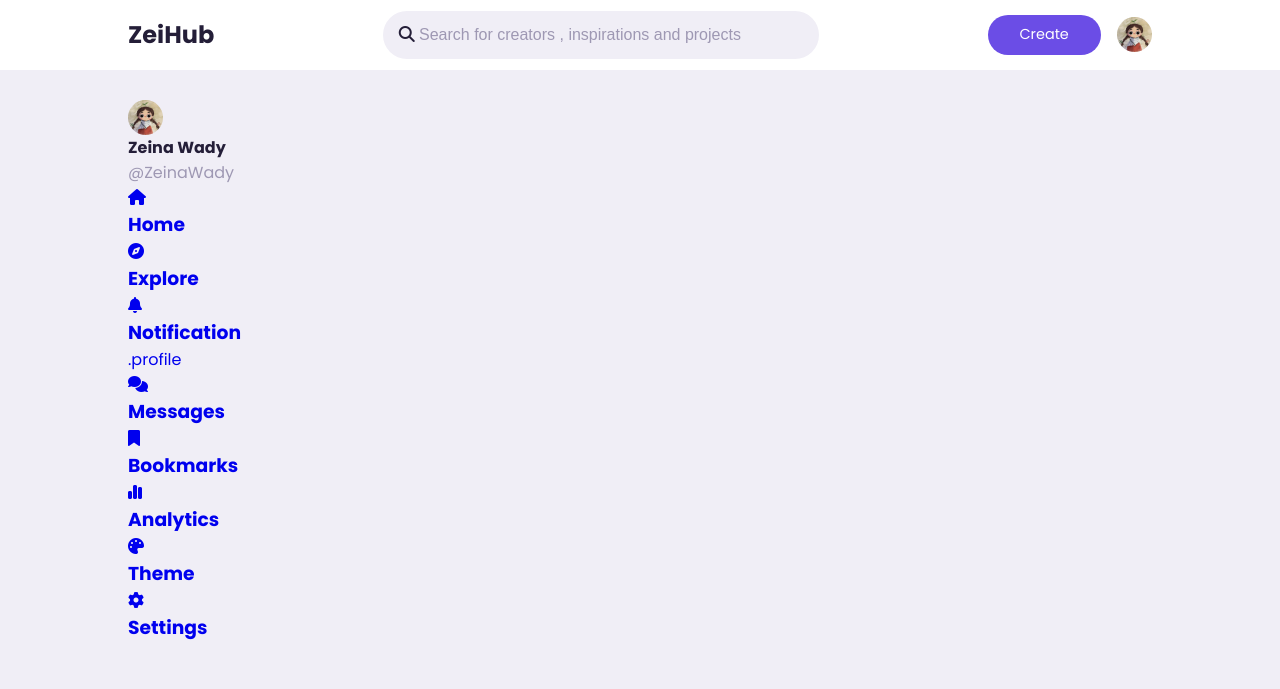
Repository: zeinawady/Social-Media-Template
Page: index.html
These files come from the project's save history. The page is drawn as it stood at one moment and after the next save; the edit follows.
The browser window is 1280 px wide. The pictures show the whole page.

Above is the page before, as saved 2025-02-15 02:04:01.

### index.html
<!DOCTYPE html>
<html lang="en">
  <head>
    <meta charset="UTF-8" />
    <meta name="viewport" content="width=device-width, initial-scale=1.0" />
    <title>ZeiHub</title>
    <link rel="stylesheet" href="css/style.css" />
    <link rel="stylesheet" href="css/all.min.css" />
    <link rel="preconnect" href="https://fonts.googleapis.com" />
    <link rel="preconnect" href="https://fonts.gstatic.com" crossorigin />
    <link
      href="https://fonts.googleapis.com/css2?family=Poppins:ital,wght@0,100;0,200;0,300;0,400;0,500;0,600;0,700;0,800;0,900;1,100;1,200;1,300;1,400;1,500;1,600;1,700;1,800;1,900&family=Roboto:ital,wght@0,100..900;1,100..900&display=swap"
      rel="stylesheet"
    />
  </head>
  <body>
    <!-- start nav -->
    <nav>
      <div class="container">
        <h2 class="log">ZeiHub</h2>
        <div class="search-bar">
          <i class="fa-solid fa-magnifying-glass"></i>
          <input
            type="search"
            placeholder="Search for creators , inspirations and projects "
          />
        </div>
        <div class="create">
          <label class="btn nav-btn" for="#create">Create</label>
          <div class="profile-picture">
            <img src="images/girl.jpg" alt="" />
          </div>
        </div>
      </div>
    </nav>
    <!-- end nav -->

    <!-- start main -->
    <main>
      <div class="container">
        <!-- the sections of the main container -->

        <!-- start left -->
        <div class="left">
          <a class="profile">
            <div class="profile-picture">
              <img src="images/girl.jpg" alt="" />
            </div>
            <div class="handle">
              <h4>Zeina Wady</h4>
              <p class="gray-text">@ZeinaWady</p>
            </div>
          </a>
          <aside>
            <a href="#" class="menu-item">
              <span><i class="fa-solid fa-house"></i> <h3>Home</h3></span>
            </a>
            <a href="#" class="menu-item">
              <span><i class="fa-solid fa-compass"></i></i> <h3>Explore</h3></span>
             </a>
             <a href="#" class="menu-item">
              <span><i class="fa-solid fa-bell"></i><h3>Notification</h3></span>
              <div class="notifications-popup">
                <div>
                    .profile
                </div>
              </div>
            </a>
            <a href="#" class="menu-item">
              <span><i class="fa-solid fa-comments"></i><h3>Messages</h3></span>
            </a>
            <a href="#" class="menu-item">
              <span><i class="fa-solid fa-bookmark"></i><h3>Bookmarks</h3></span>
            </a>
            <a href="#" class="menu-item">
              <span><i class="fa-solid fa-chart-simple"></i><h3>Analytics</h3></span>
            </a>
            <a href="#" class="menu-item">
              <span><i class="fa-solid fa-palette"></i><h3>Theme</h3></span>
            </a>
            <a href="#" class="menu-item">
              <span><i class="fa-solid fa-gear"></i><h3>Settings</h3></span>
            </a>


          </aside>
        </div>
        <!-- end left -->
        <div class="mid"></div>
        <div class="right"></div>
      </div>
    </main>
    <!-- end main -->
  </body>
</html>

### css/style.css
:root{

    --color-white: hsl(252, 30%, 100%);
    --color-light:hsl(252,30%,95%);
    --color-gray:hsl(252, 15%, 65%);
    --color-primary:hsl(252, 75%, 60%);
    --color-secondary:hsl(252, 100%, 90%);
    --color-success: hsl(120, 95%, 65%);
    --color-danger: hsl(0, 95%, 65%);
    --color-dark: hsl(252, 30%, 17%);
    --color-black:hsl(252, 30%, 10%);
    --transition-speed:0.2s;

    /* --border-radius:2rem;
    --card-border-radius:1rem;
     */
}
*{
    margin: 0;
    padding: 0;
    box-sizing: border-box;
    text-decoration: none;
    list-style: none;
    border: none;
}
body{
    font-family: "Poppins", serif;
    color: var(--color-dark);
    background-color: var(--color-light);
    overflow-x: hidden;
}
/* global */
.container{
    width: 80%;
    margin: 0 auto;
}
.profile-picture{
    width: 2.2rem;
    height: 2.2rem;
    border-radius: 50%;
}
.profile-picture img{
border-radius: 50%;
width: 2.2rem;
height: 2.2rem;
}
.btn{
    /* display: inline-block; */
    padding: 0.6rem 2rem;
    font-weight: 400;
    cursor: pointer;
    border-radius: 200px;
    color: white;
    transition: all var(--transition-speed) ease-in-out;
    font-size: 0.9rem;
}
.btn:hover{
   opacity: 0.8;
}
.gray-text{
    color: var(--color-gray);
}


/* navbar */
nav{
    width: 100%;
    background-color: var(--color-white);
    padding: 0.7rem 0;
    position: fixed;
    top: 0;
    z-index: 100;
}
.nav-btn{
    background-color: var(--color-primary);

}
nav .container{
    display: flex;
    justify-content: space-between;
    align-items: center;

}
nav .search-bar{
background-color: var(--color-light);
padding: 0.7rem 1rem;
border-radius: 2rem;
outline: none;


}
nav .search-bar input{
   background: none;
   outline: none;
   width: 30vw;
   font-size: 1rem;
}
nav .search-bar input::placeholder{
    color: var(--color-gray);
}

.create{
    display: flex;
    align-items: center;
    gap: 1rem;
}


main .container{
    margin-top: 100px;
}

Loaded but not shown: css/all.min.css (library)

After the next save:
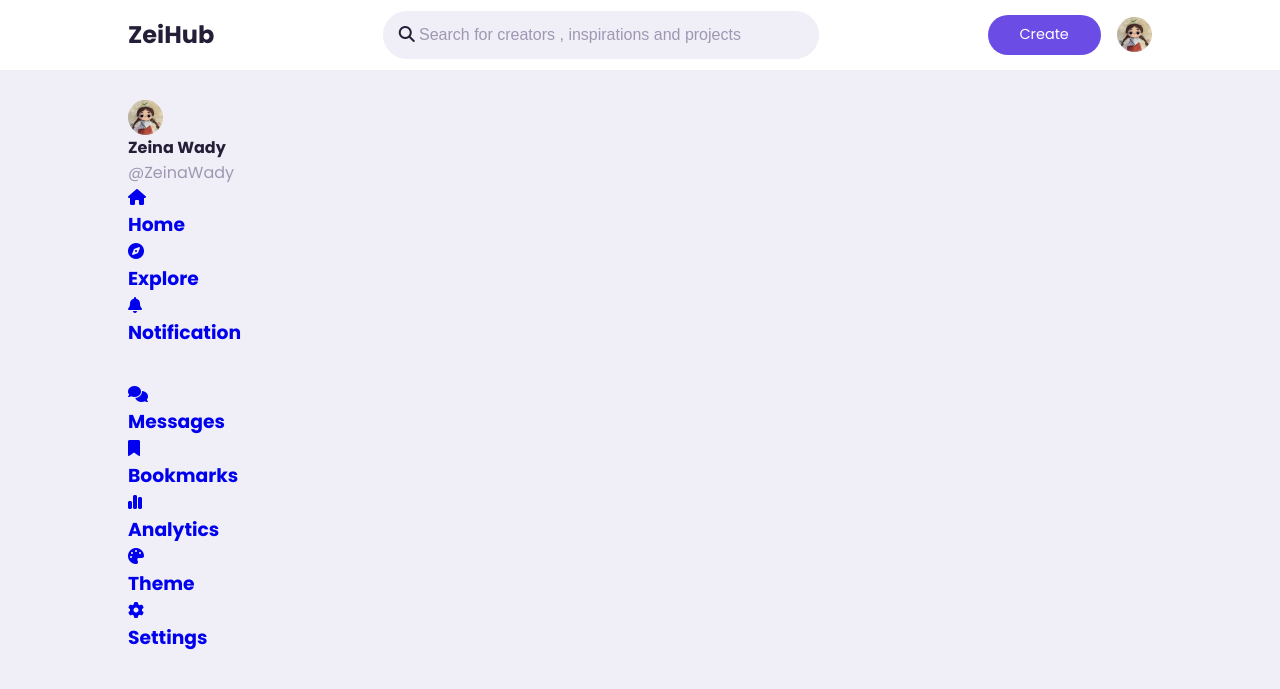
Saved 4 s later.
--- a/index.html
+++ b/index.html
@@ -62,7 +62,7 @@
               <span><i class="fa-solid fa-bell"></i><h3>Notification</h3></span>
               <div class="notifications-popup">
                 <div>
-                    .profile
+                    <div class="profile-picture"></div>
                 </div>
               </div>
             </a>
